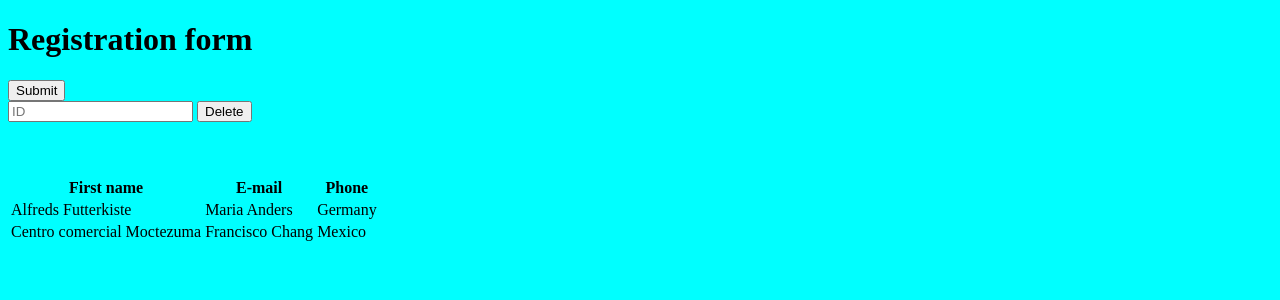
Repository: mediumrtp/CRUD
Page: index.html
The author's editor kept a copy of each file at every save. The page is drawn from the files as they stood at one save, then again after the next save.
The browser window is 1280 px wide. The pictures show the whole page.

Above is the page before, as saved 2022-11-15 09:43:54.

After the next save:
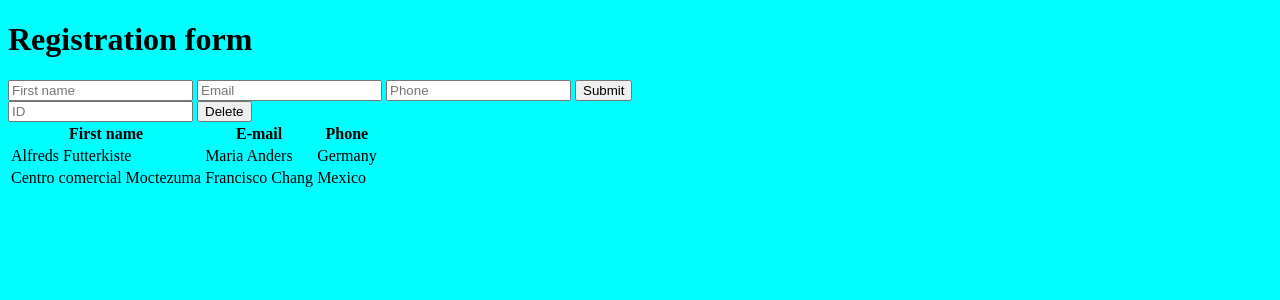
Saved 12 s later.
--- a/index.html
+++ b/index.html
@@ -10,6 +10,12 @@
 
     <form action="/add_user" method="POST">
 
+        <input type="text" name="empName" placeholder="First name" required>
+
+        <input type="email" name="empEmail" placeholder="Email" required>
+
+        <input type="text" name="empMobile" placeholder="Phone" required>
+
         <input type="submit" value="Submit">
     </form>
     <form action="/delete" method="POST">
@@ -20,27 +26,25 @@
         <!-- <button type="submit" class="btn">Submit</button> -->
     </form>
 
-    </br>
-    </br>
-    </br>
+</body>
 
-    <table>
-        <tr>
-            <th>First name</th>
-            <th>E-mail</th>
-            <th>Phone</th>
-        </tr>
-        <tr>
-            <td>Alfreds Futterkiste</td>
-            <td>Maria Anders</td>
-            <td>Germany</td>
-        </tr>
-        <tr>
-            <td>Centro comercial Moctezuma</td>
-            <td>Francisco Chang</td>
-            <td>Mexico</td>
-        </tr>
-    </table>
+<table>
+    <tr>
+        <th>First name</th>
+        <th>E-mail</th>
+        <th>Phone</th>
+    </tr>
+    <tr>
+        <td>Alfreds Futterkiste</td>
+        <td>Maria Anders</td>
+        <td>Germany</td>
+    </tr>
+    <tr>
+        <td>Centro comercial Moctezuma</td>
+        <td>Francisco Chang</td>
+        <td>Mexico</td>
+    </tr>
+</table>
 </body>
 
 </html>
